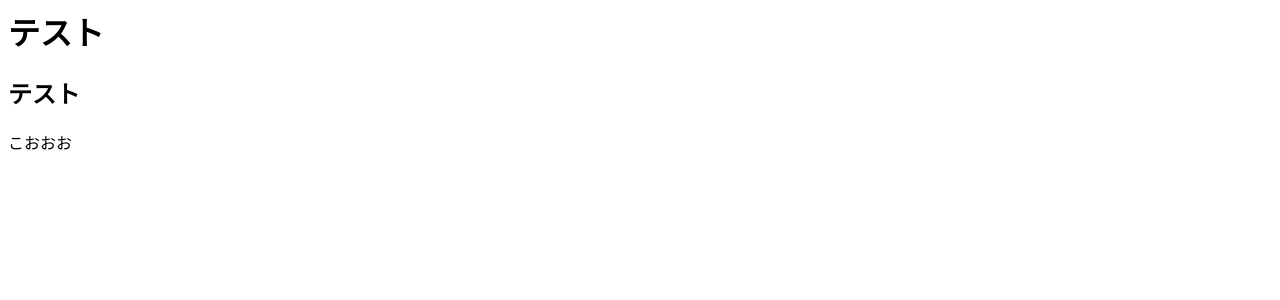
Repository: j-choriki/practiceReopsitory
Page: chorikiTest/test.html
An editor plug-in stored every save of this project. The page is shown before and after the next save, followed by the edit.
The browser window is 1280 px wide. The pictures show the whole page.

Above is the page before, as saved 2024-05-28 17:50:34.

After the next save:
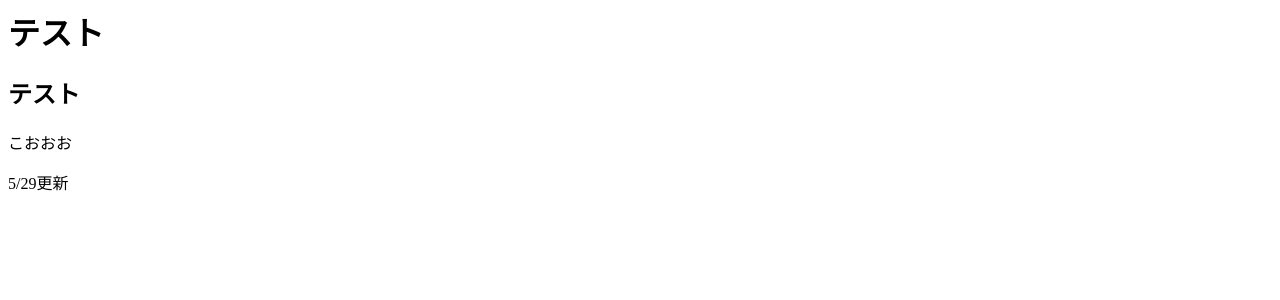
Saved 20 h 41 min later.
--- a/chorikiTest/test.html
+++ b/chorikiTest/test.html
@@ -1,3 +1,4 @@
 <h1>テスト</h1>
 <h2>テスト</h2>
 <p>こおおお</p>
+<p>5/29更新</p>
